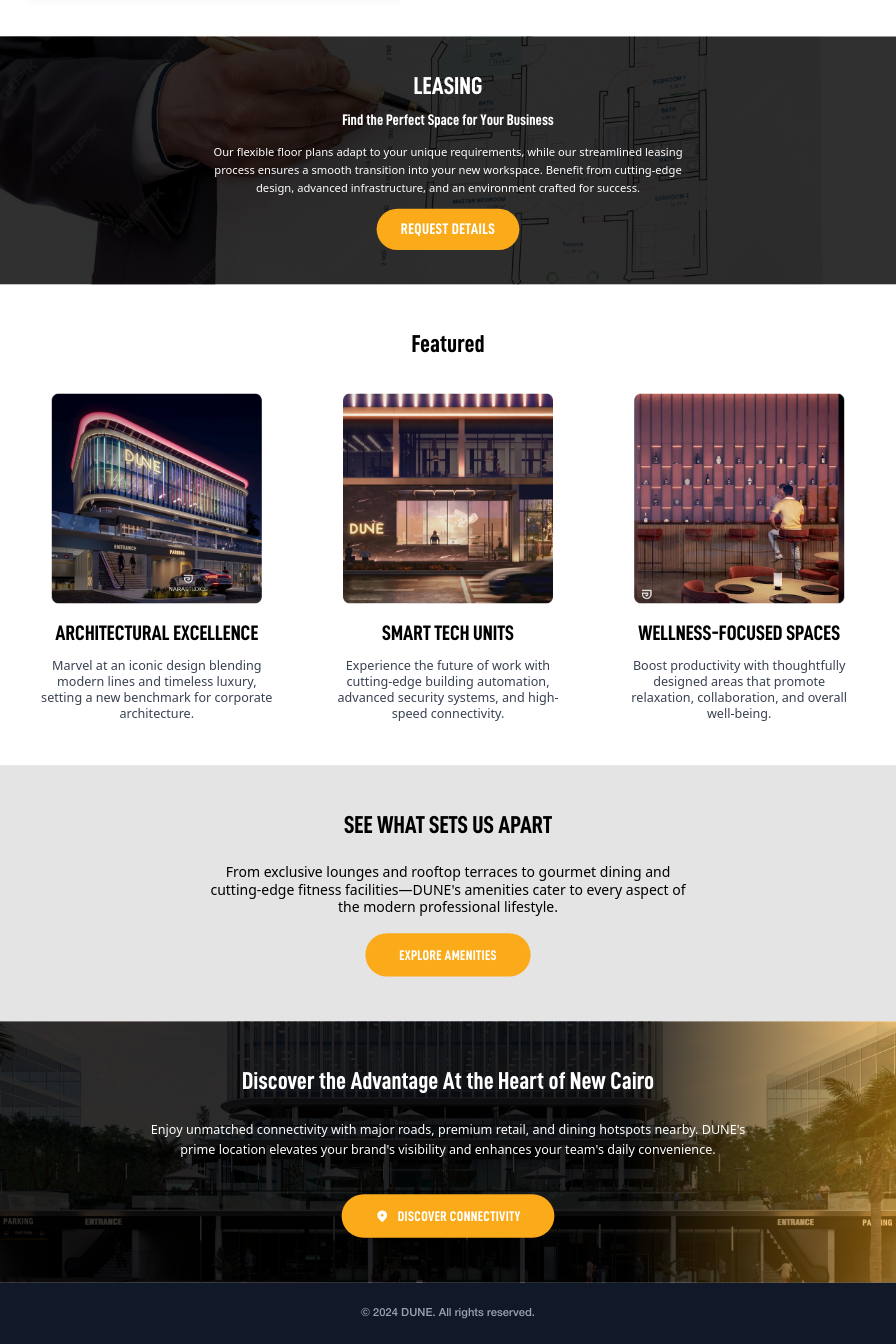
Repository: ahmedassr5765/dune
Page: index.html
An editor plug-in stored every save of this project. The page is shown before and after the next save, followed by the edit.
The browser window is 1280 px wide. The pictures show the part of the page from y = 2053 to 3973 px (the page is 3973 px tall), at 70% of full size.
Some web libraries are served in a nearby version.

Above is the page before, as saved 2025-07-12 19:17:08.

After the next save:
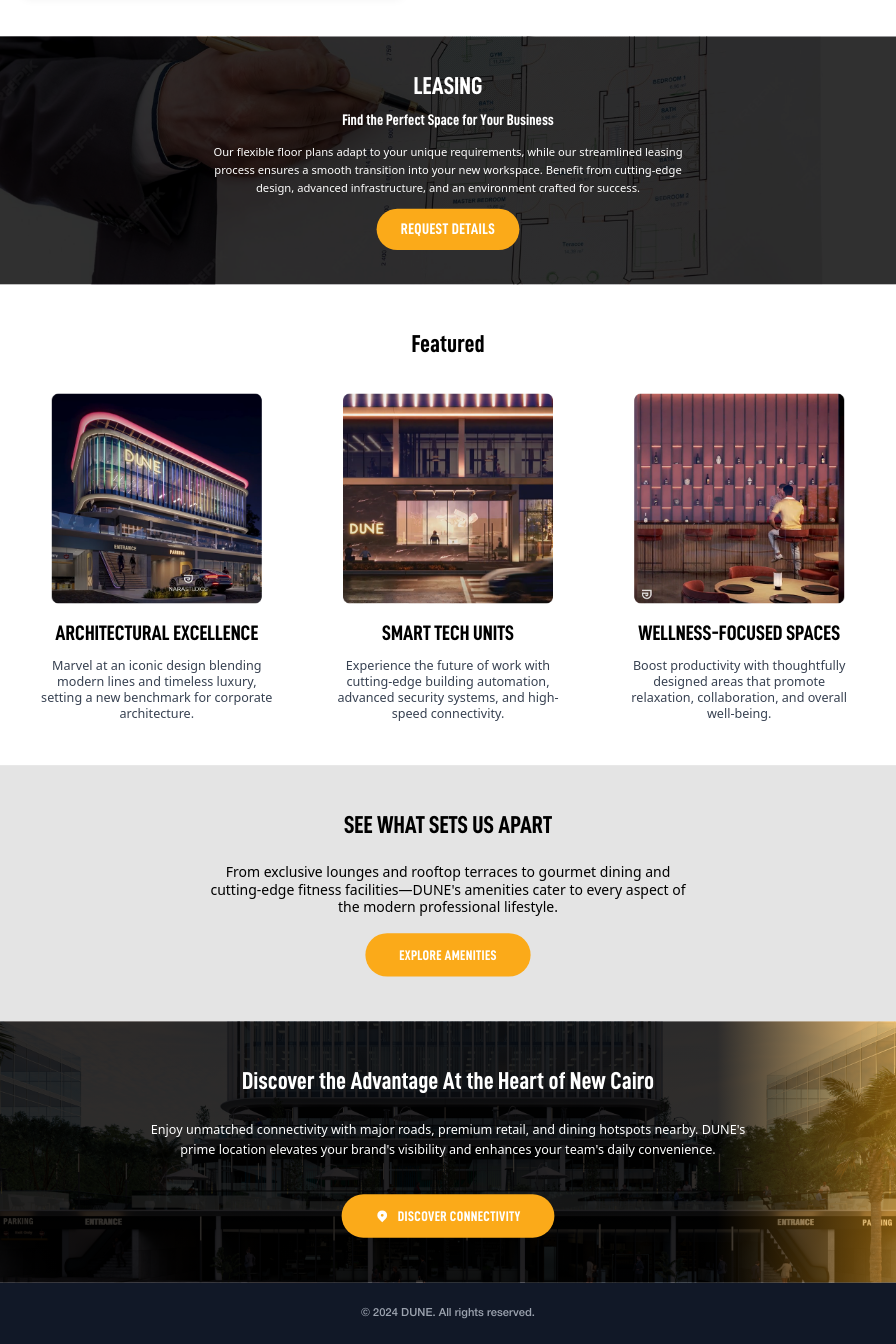
Saved 12 s later.
--- a/index.html
+++ b/index.html
@@ -400,7 +400,7 @@
     <section class="max-w-[1440px] mx-auto relative h-[373px] bg-cover bg-center bg-no-repeat" style="background-image: url('/images/discover.png');">
 
         <!-- Gradient Overlay -->
-        <div class="absolute inset-0" style="background: linear-gradient(to right, rgba(0,0,0,0.80) 70%, rgba(251,170,25,0.50) 100%);"></div>
+        <div class="absolute inset-0" style="background: linear-gradient(to right, rgba(0,0,0,0.80) 80%, rgba(251,170,25,0.50) 100%);"></div>
 
         <!-- Content -->
         <div class="relative z-10 h-full flex flex-col justify-center items-center text-center px-4 sm:px-6 lg:px-8">
